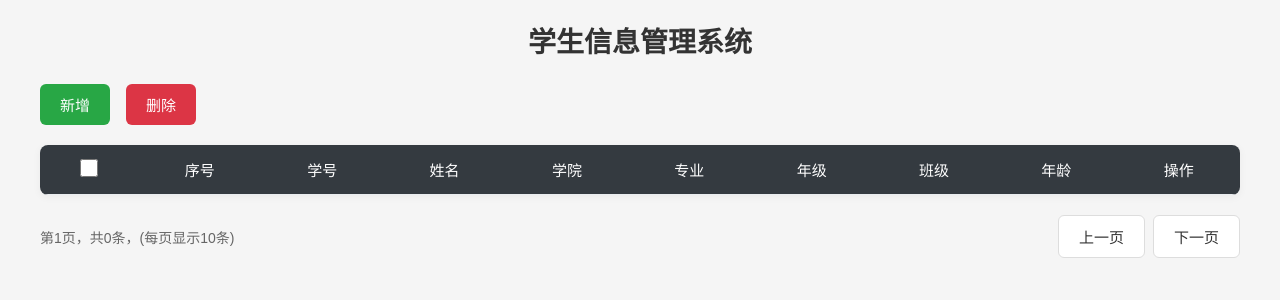
Repository: Nikawali/StudentManage
Page: src/main/webapp/index.html
The author's editor kept a copy of each file at every save. The page is drawn from the files as they stood at one save, then again after the next save.
The browser window is 1280 px wide. The pictures show the whole page.
The page's requests for data from a server got no answer.

Above is the page before, as saved 2026-06-01 17:34:50.

After the next save:
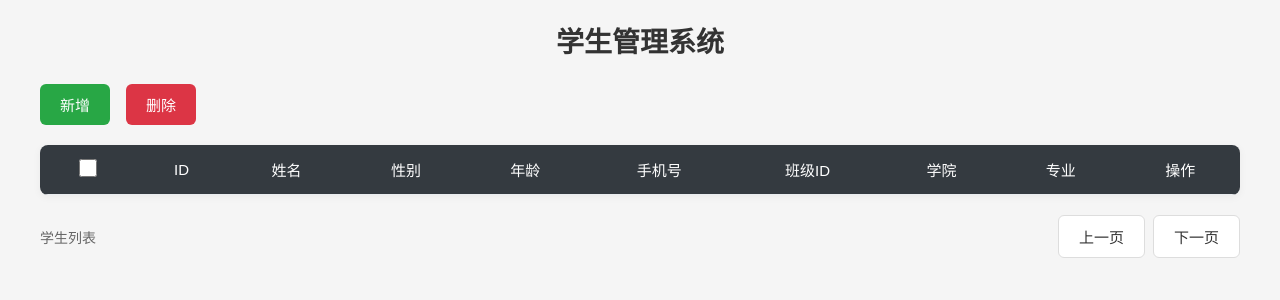
Saved 31 s later.
--- a/src/main/webapp/index.html
+++ b/src/main/webapp/index.html
@@ -1,99 +1,86 @@
 <!DOCTYPE html>
 <html lang="zh-CN">
+
 <head>
     <meta charset="UTF-8">
-    <meta name="viewport" content="width=device-width, initial-scale=1.0">
-    <title>学生信息管理系统</title>
+    <title>学生管理系统</title>
     <link rel="stylesheet" href="style.css">
 </head>
+
 <body>
-    <div class="container">
-        <!-- 系统标题 -->
-        <h1 class="system-title">学生信息管理系统</h1>
 
-        <!-- 功能按钮区 -->
-        <div class="btn-group">
-            <button id="add-btn" class="btn add-btn">新增</button>
-            <button id="delete-btn" class="btn delete-btn">删除</button>
+<div class="container">
+
+    <h1 class="system-title">
+        学生管理系统
+    </h1>
+
+    <div class="btn-group">
+        <button class="btn add-btn">
+            新增
+        </button>
+
+        <button class="btn delete-btn">
+            删除
+        </button>
+    </div>
+
+    <div class="table-wrapper">
+
+        <table class="student-table">
+
+            <thead>
+
+            <tr>
+                <th>
+                    <input type="checkbox">
+                </th>
+
+                <th>ID</th>
+                <th>姓名</th>
+                <th>性别</th>
+                <th>年龄</th>
+                <th>手机号</th>
+                <th>班级ID</th>
+                <th>学院</th>
+                <th>专业</th>
+                <th>操作</th>
+            </tr>
+
+            </thead>
+
+            <tbody id="studentBody">
+
+            </tbody>
+
+        </table>
+
+    </div>
+
+    <div class="pagination">
+
+        <div class="page-info">
+            学生列表
         </div>
 
-        <!-- 学生信息表格 -->
-        <div class="table-wrapper">
-            <table class="student-table">
-                <thead>
-                    <tr>
-                        <th><input type="checkbox" id="select-all"></th>
-                        <th>序号</th>
-                        <th>学号</th>
-                        <th>姓名</th>
-                        <th>学院</th>
-                        <th>专业</th>
-                        <th>年级</th>
-                        <th>班级</th>
-                        <th>年龄</th>
-                        <th>操作</th>
-                    </tr>
-                </thead>
-                <tbody id="student-tbody"></tbody>
-            </table>
+        <div class="page-btn-group">
+
+            <button class="btn page-btn">
+                上一页
+            </button>
+
+            <button class="btn page-btn">
+                下一页
+            </button>
+
         </div>
 
-        <!-- 分页控件 -->
-        <div class="pagination">
-            <div class="page-info" id="page-info">
-                第1页，共0条，(每页显示10条)
-            </div>
-            <div class="page-btn-group">
-                <button id="prev-page" class="btn page-btn">上一页</button>
-                <button id="next-page" class="btn page-btn">下一页</button>
-            </div>
-        </div>
     </div>
 
-    <!-- 新增/修改/查看模态框 -->
-    <div id="operate-modal" class="modal">
-        <div class="modal-content">
-            <div class="modal-header">
-                <h2 class="modal-title" id="modal-title">新增学生信息</h2>
-                <button id="close-modal" class="close-btn">&times;</button>
-            </div>
-            <div class="modal-body">
-                <form id="operate-form">
-                    <input type="hidden" id="operate-type" value="add">
-                    <input type="hidden" id="current-id">
+</div>
 
-                    <div class="form-group">
-                        <label for="stu-name">姓名</label>
-                        <input type="text" id="stu-name" class="form-input" required>
-                    </div>
-                    <div class="form-group">
-                        <label for="stu-gender">性别</label>
-                        <select id="stu-gender" class="form-input" required>
-                            <option value="男">男</option>
-                            <option value="女">女</option>
-                        </select>
-                    </div>
-                    <div class="form-group">
-                        <label for="stu-age">年龄</label>
-                        <input type="number" id="stu-age" class="form-input" min="15" max="30" required>
-                    </div>
-                    <div class="form-group">
-                        <label for="stu-phone">手机号</label>
-                        <input type="tel" id="stu-phone" class="form-input" required>
-                    </div>
-                    <div class="form-group">
-                        <label for="stu-class">班级ID</label>
-                        <input type="number" id="stu-class" class="form-input" required>
-                    </div>
-                </form>
-            </div>
-            <div class="modal-footer">
-                <button id="cancel-btn" class="btn cancel-btn">取消</button>
-                <button id="save-btn" class="btn save-btn">保存</button>
-            </div>
-        </div>
-    </div>
+<script src="script.js"></script>
 
-    <script src="script.js"></script>
 </body>
+
 </html>
